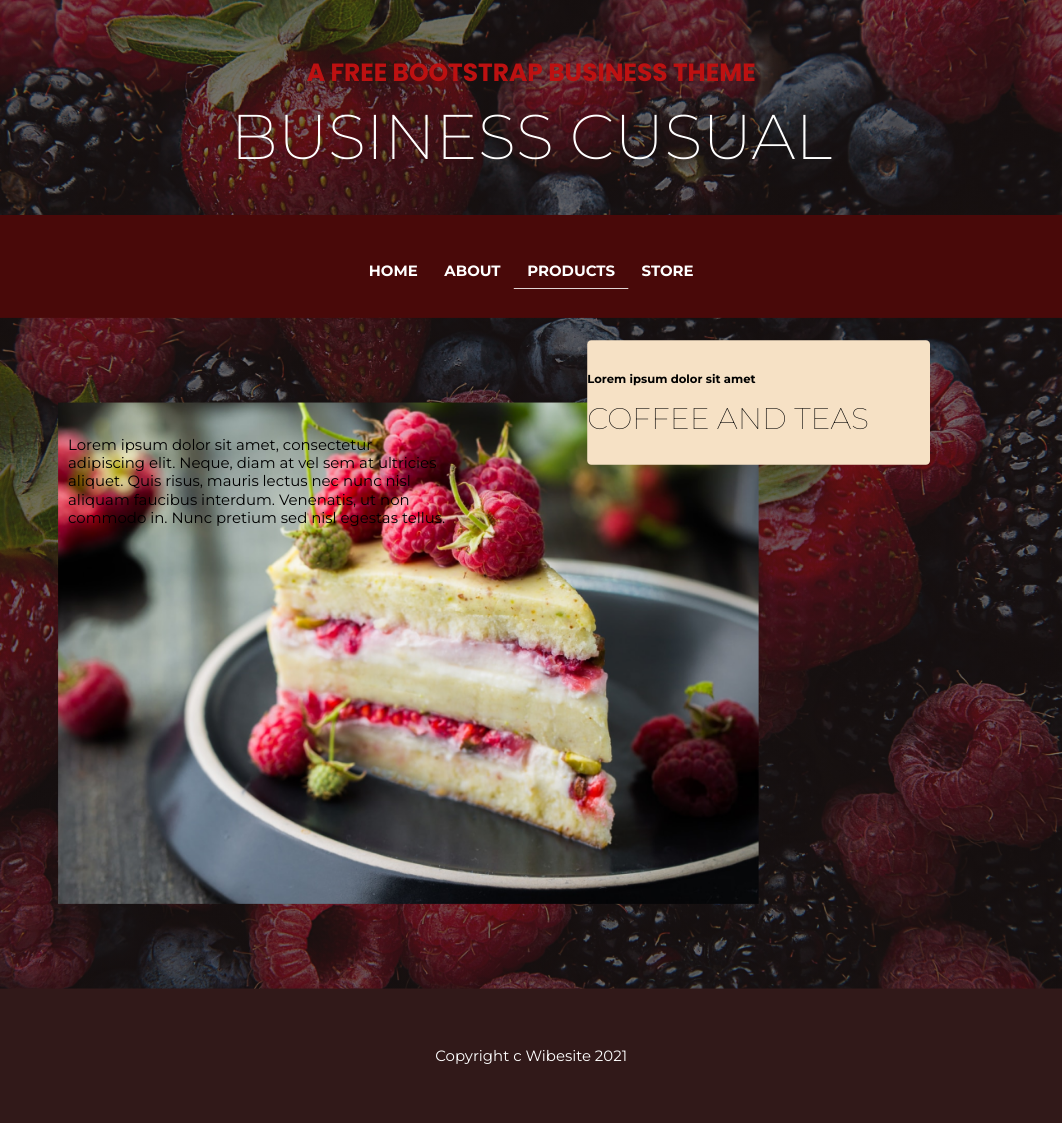
Repository: wadelfadill/tache_7_Business_bootstrap_theme
Page: product.html
The author's editor kept a copy of each file at every save. The page is drawn from the files as they stood at one save, then again after the next save.
The browser window is 1280 px wide. The pictures show the whole page, at 83% of full size.

Above is the page before, as saved 2023-04-28 10:18:01.

### product.html
<!DOCTYPE html>
<html lang="en">
<head>
    <meta charset="UTF-8">
    <meta http-equiv="X-UA-Compatible" content="IE=edge">
    <meta name="viewport" content="width=device-width, initial-scale=1.0">
    <!------ title of website ------>
    <title>Business website</title>
    <!------ Bootstrap cdn link ------>
    <link href="https://cdn.jsdelivr.net/npm/bootstrap@5.1.3/dist/css/bootstrap.min.css" rel="stylesheet" integrity="sha384-1BmE4kWBq78iYhFldvKuhfTAU6auU8tT94WrHftjDbrCEXSU1oBoqyl2QvZ6jIW3" crossorigin="anonymous">
    <!------- css link -------------->
    <link rel="stylesheet" href="css/style.css">
    <link rel="stylesheet" href="css/product_style.css">
    <!---------Google Fonts links ---------->
    <link rel="preconnect" href="https://fonts.googleapis.com">
    <link rel="preconnect" href="https://fonts.gstatic.com" crossorigin>
    <link href="https://fonts.googleapis.com/css2?family=Montserrat:wght@100;200;400;700&family=Poppins:wght@700&display=swap" rel="stylesheet">

</head>
<body>
    <!-- ========== Start Header Section ========== -->
    <header id="header">
        <h2 class="first_title text-center">A FREE BOOTSTRAP BUSINESS THEME</h2>
        <h1 class="second_title text-center">BUSINESS CUSUAL</h1>
        <!-- ========== Start navbar  Section ========== -->
        <nav class="my-auto mt-5">
            <div class="container my-auto">
                <ul class="nav justify-content-center">
                    <li class="nav-item">
                      <a class="nav-link" aria-current="page" href="index.html">HOME</a>
                    </li>
                    <li class="nav-item">
                      <a class="nav-link" href="about.html">ABOUT</a>
                    </li>
                    <li class="nav-item">
                      <a class="nav-link active" href="product.html">PRODUCTS</a>
                    </li>
                    <li class="nav-item">
                      <a class="nav-link" href="store.html">STORE</a>
                    </li>
                </ul>
            </div>
        </nav>
        <!-- ========== End navbar  Section ========== -->
    </header>
    <!-- ========== End Header Section ========== -->
    <!-- ========== Start Main Section ========== -->
    <main>
      <!-- ========== Start First Section ========== -->
      <section id="first_section">
        <div class="container">
          <div class="row">
            <div class="col photo_fisrt position-relative">
              <div class="box-top position-absolute top-0 start-100 translate-middle">
                <p class="p1">Lorem ipsum dolor sit amet</p>
                <p class="p2">COFFEE AND TEAS</p>
              </div>
              <div class="box-bottom">
                <p>Lorem ipsum dolor sit amet, consectetur <br>
                  adipiscing elit. Neque, diam at vel sem at ultricies <br>
                  aliquet. Quis risus, mauris lectus nec nunc nisl <br>
                  aliquam faucibus interdum. Venenatis, ut non <br>
                  commodo in. Nunc pretium sed nisl egestas tellus.</p>
              </div>
            </div>
          </div>
        </div>
      </section>
      <!-- ========== End First Section ========== -->
    </main>
    <!-- ========== End Main Section ========== -->
    <footer id="footer">
        <p class="text-center">Copyright c Wibesite 2021</p>
    </footer>



    <!------ Bootstrap script -------->
    <script src="https://cdn.jsdelivr.net/npm/bootstrap@5.1.3/dist/js/bootstrap.bundle.min.js" integrity="sha384-ka7Sk0Gln4gmtz2MlQnikT1wXgYsOg+OMhuP+IlRH9sENBO0LRn5q+8nbTov4+1p" crossorigin="anonymous"></script>
</body>
</html>

### css/style.css
/* ===== General ====== */

:root{
    --red-color: #BD1111;
    --bg-red:#490909;
    --white-color: #FFFFFF;
    --black-color: #000000;
    --bg-beize:#F6E1C5;
    --bg-red-black: #311919;
    --bg-red-opac:rgba(165, 52, 43, 0.69);
    --red-border: #CD5449;
}
*{
    margin: 0;
    padding: 0;
}
body{
    padding: 0;
    margin: 0;
    background-image: linear-gradient(rgba(34, 24, 24, 0.6), rgba(34, 24, 24, 0.6)), url("../images/1.jpeg");
    background-position: center;
    background-size: cover;
    background-repeat: no-repeat;
}
/* ===== squelette ====== */
/* ===== header section ====== */
/* ===== header titles ======= */
#header .first_title{
    font-family: 'Poppins';
    font-style: normal;
    font-weight: 700;
    font-size: 30px;
    line-height: 45px;
    color: var(--red-color);
    margin-top: 65px;
}
#header .second_title{
    font-family: 'Montserrat';
    font-style: normal;
    font-weight: 200;
    font-size: 76px;
    line-height: 93px;
    color: var(--white-color);
}
/* ====== header navbar ======*/
#header nav{
    background: var(--bg-red);
    height: 124px;
}
#header nav ul li{
    margin-top: 48px;
}
#header nav a{
    font-family: 'Montserrat';
    font-style: normal;
    font-weight: 700;
    font-size: 18px;
    line-height: 22px;
    color: var(--white-color);
}
#header nav a.active{
    padding-bottom: 10px;
    border-bottom: 1px solid white;
}
/* ==== Main section ==========*/
/* main{
    height: 1000px;
} */
/* ====== footer section ====== */
#footer{
    height: 162px;
    background: var(--bg-red-black);
    padding-top: 70px;
}
#footer p{
    font-family: 'Montserrat';
    font-style: normal;
    font-weight: 400;
    font-size: 18px;
    line-height: 22px;
    color: var(--white-color);
}


/* ===== responsive css ======*/
@media screen and (max-width:550px) {
    #header .second_title{
        font-size: 30px;
    }
    #header nav{
        height: max-content;
        padding-bottom: 40px;
    }
}

### css/product_style.css
/* ===== General ====== */

:root{
    --red-color: #BD1111;
    --bg-red:#490909;
    --white-color: #FFFFFF;
    --black-color: #000000;
    --bg-beize:#F6E1C5;
    --bg-red-black: #311919;
    --bg-red-opac:rgba(165, 52, 43, 0.69);
    --red-border: #CD5449;
}


/* ==========first section ========= */
#first_section{
    margin-top: 102px;
    margin-bottom: 102px;
}
#first_section .photo_fisrt{
    max-width: 844px;
    height: 604px;
    background: url("../images/gateau-p.png");
}
#first_section .box-top{
    width: 413px;
    height: 150px;
    background: var(--bg-beize);
    padding-top: 39px;
    padding-bottom: 39px;
    border-radius: 5px;
}
#first_section .box-top .p1{
    font-family: 'Montserrat';
    font-style: normal;
    font-weight: 600;
    font-size: 14px;
    line-height: 17px;
    color: #000000;
}
#first_section .box-top .p2{
    font-family: 'Montserrat';
    font-style: normal;
    font-weight: 100;
    font-size: 36px;
    line-height: 44px;
    color: #000000;
}
#first_section .box-bottom{
    width: 521px;
    height: 189px;
    padding-top: 40px;
    padding-bottom: 40px;
}
#first_section .box-bottom p{
    font-family: 'Montserrat';
    font-style: normal;
    font-weight: 400;
    font-size: 18px;
    line-height: 22px;
    color: #000000;
}

After the next save:
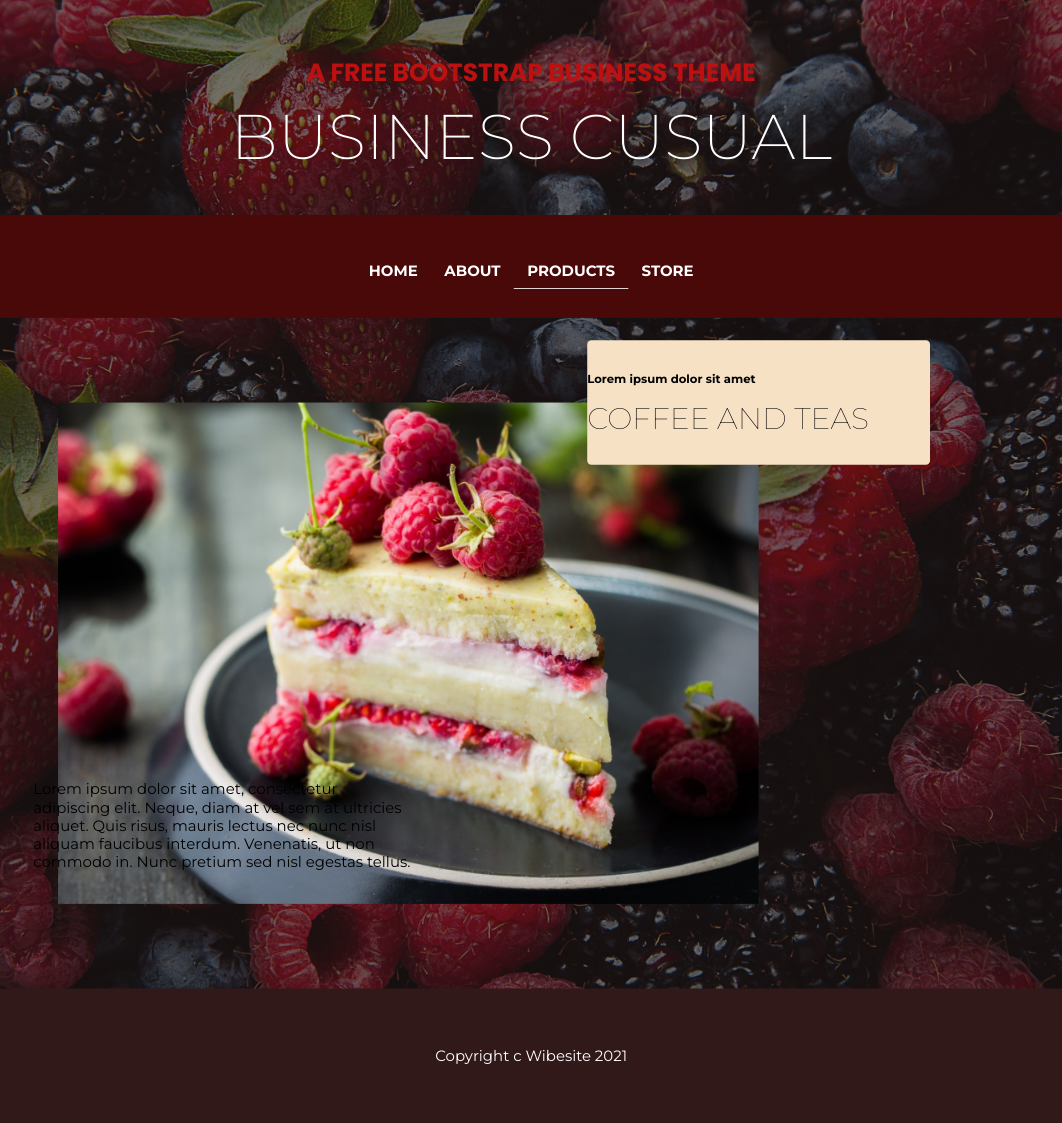
Saved 56 s later.
--- a/css/product_style.css
+++ b/css/product_style.css
@@ -51,6 +51,9 @@
     height: 189px;
     padding-top: 40px;
     padding-bottom: 40px;
+    position: absolute;
+    bottom: 0;
+    left: -30px;
 }
 #first_section .box-bottom p{
     font-family: 'Montserrat';
